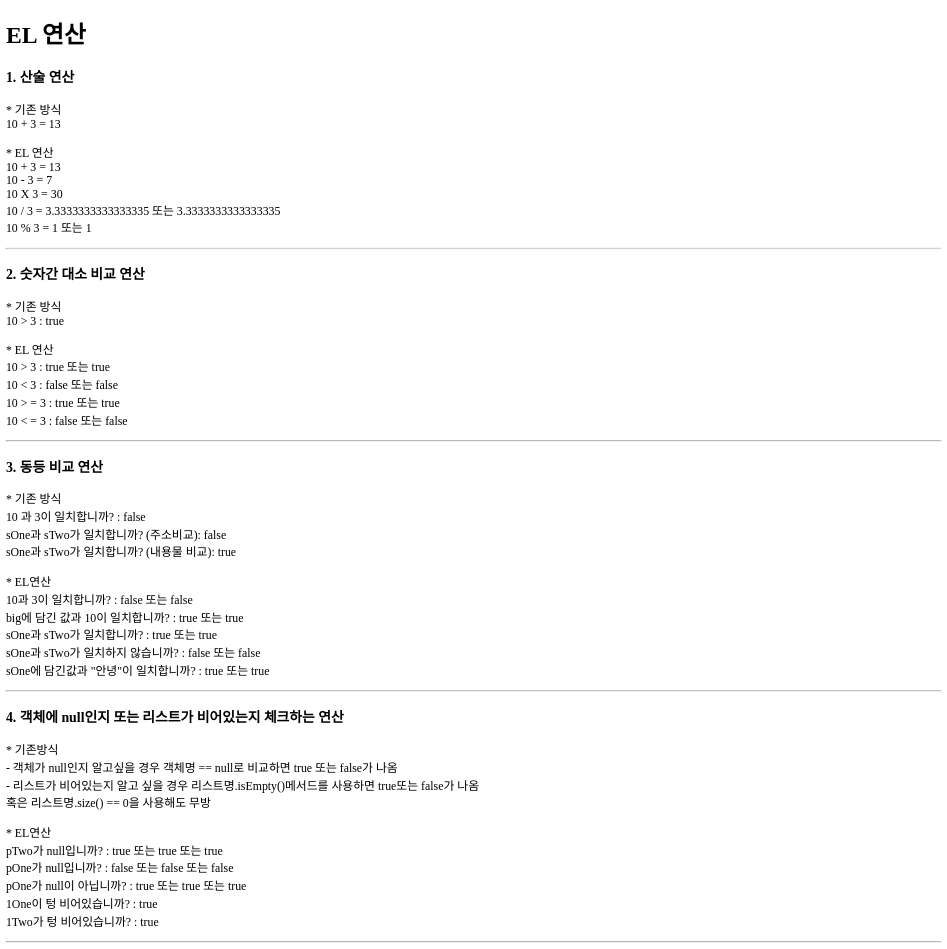
Repository: DonghwanSon1/ajax-jsp-study
Page: http://localhost/ActionProject/operation.do
The author's editor kept a copy of each file at every save. The page is drawn from the files as they stood at one save, then again after the next save.
The browser window is 1280 px wide. The pictures show the whole page, at 74% of full size.
The page is served by Tomcat 9. Other server files are loaded and not shown.

Above is the page before, as saved 2022-07-12 03:11:40.

### ActionProject/WebContent/views/1_EL/01_elOperation.jsp
<%@ page language="java" contentType="text/html; charset=UTF-8"
    pageEncoding="UTF-8"%>
<!DOCTYPE html>
<html>
<head>
<meta charset="UTF-8">
<title>el 연산자 페이지</title>
</head>
<body>

	<h1>EL 연산</h1>

	<h3>1. 산술 연산</h3>

	<p>
		* 기존 방식 <br>
		10 + 3 = <%= (int)request.getAttribute("big") + (int)request.getAttribute("small") %>
	</p>

	<p>
		* EL 연산 <br>
		10 + 3 = ${ big + small } <br>
		10 - 3 = ${ big - small } <br>
		10 X 3 = ${ big * small } <br>
		10 / 3 = ${ big / small } 또는 ${ big div small }<br>
		10 % 3 = ${ big % small } 또는 ${ big mod small }<br>
	</p>

	<hr>

	<h3>2. 숫자간 대소 비교 연산</h3>

	<p>
		* 기존 방식 <br>
		10 > 3 : <%= (int)request.getAttribute("big") > (int)request.getAttribute("small") %>
	</p>

	<p>
		* EL 연산 <br>
		10 &gt; 3 : ${ big > small } 또는 ${ big gt small } <br>
		10 &lt; 3 : ${ big < small } 또는 ${ big lt small } <br>
		10 &gt; = 3 : ${ big >= small } 또는 ${ big ge small } <br>
		10 &lt; = 3 : ${ big <= small } 또는 ${ big le small } <br>
	</p>

	<hr>

	<h3>3. 동등 비교 연산</h3>

	<p>
		* 기존 방식 <br>
		10  과 3이 일치합니까? :
		<%= (int)request.getAttribute("big") == (int)request.getAttribute("small") %> <br>

		sOne과 sTwo가 일치합니까? (주소비교):
		<%= (String)request.getAttribute("sOne") == (String)request.getAttribute("sTwo") %> <br>

		sOne과 sTwo가 일치합니까? (내용물 비교):
		<%= ((String)request.getAttribute("sOne")).equals((String)request.getAttribute("sTwo")) %> <br>
	</p>

	<p>
		* EL연산 <br>
		10과 3이 일치합니까? : ${ big == small } 또는 ${ big eq small } <br>
		big에 담긴 값과 10이 일치합니까? : ${ big == 10 } 또는 ${ big eq 10 } <br>
		sOne과 sTwo가 일치합니까? : ${ sOne == sTwo } 또는 ${ sOne eq sTwo } <br>
		<!-- EL에서의 문자열이 == 비교는 자바에서의 equals()와 같은 동작을 함 -->
		sOne과 sTwo가 일치하지 않습니까? : ${ sOne != sTwo } 또는 ${ sOne ne sTwo } <br>
		sOne에 담긴값과 "안녕"이 일치합니까? : ${ sOne == '안녕' } 또는 ${ sOne eq "안녕" } <br>
		<!--  EL에서 문자열 리터럴 제시 시 홑따옴표던 쌍따옴표던 상관 없음 -->
	</p>

	<hr>

	<h3>4. 객체에 null인지 또는 리스트가 비어있는지 체크하는 연산</h3>

	<p>
		 * 기존방식 <br>
		 - 객체가 null인지 알고싶을 경우 객체명 == null로 비교하면 true 또는 false가 나옴 <br>
		 - 리스트가 비어있는지 알고 싶을 경우 리스트명.isEmpty()메서드를 사용하면 true또는 false가 나옴 <br>
		 혹은 리스트명.size() == 0을 사용해도 무방
	</p>


	<p>
		* EL연산 <br>
		pTwo가 null입니까? : ${ empty pTwo } 또는 ${ pTwo == null } 또는 ${ pTwo eq null } <br>
		pOne가 null입니까? : ${ empty pOne } 또는 ${ pOne == null } 또는 ${ pOne eq null } <br>
		pOne가 null이 아닙니까? : ${ !empty pOne } 또는 ${ pOne != null } 또는 ${ pOne ne null } <br>

		1One이 텅 비어있습니까? : ${ empty lOne } <br>
		1Two가 텅 비어있습니까? : ${ empty lTwo } <br>
	</p>

	<hr>









</body>
</html>

### ActionProject/src/com/kh/controller/ELOperationServlet.java
package com.kh.controller;

import java.io.IOException;
import java.util.ArrayList;

import javax.servlet.ServletException;
import javax.servlet.annotation.WebServlet;
import javax.servlet.http.HttpServlet;
import javax.servlet.http.HttpServletRequest;
import javax.servlet.http.HttpServletResponse;

import com.kh.model.vo.Person;

/**
 * Servlet implementation class ELOperationServlet
 */
@WebServlet("/operation.do")
public class ELOperationServlet extends HttpServlet {
	private static final long serialVersionUID = 1L;

    /**
     * @see HttpServlet#HttpServlet()
     */
    public ELOperationServlet() {
        super();
        // TODO Auto-generated constructor stub
    }

	/**
	 * @see HttpServlet#doGet(HttpServletRequest request, HttpServletResponse response)
	 */
	protected void doGet(HttpServletRequest request, HttpServletResponse response) throws ServletException, IOException {

		// 테스트 할 수 있는 값 넘기기

		request.setAttribute("big", 10);
		request.setAttribute("small", 3); // 산술, 비교

		request.setAttribute("sOne", "안녕");
		request.setAttribute("sTwo", new String ("안녕"));

		request.setAttribute("pOne", new Person("홍길동", 10, "남자"));
		request.setAttribute("pTwo", null);

		ArrayList<String> list1 = new ArrayList<>();
		request.setAttribute("1One", list1);

		ArrayList<String> list2	= new ArrayList<>();
		list2.add("면접준비!!!");
		request.setAttribute("1Two", list2);

		// 여기까지 requestScope에 총 8쌍의 값이 담겨있음
		request.getRequestDispatcher("views/1_EL/01_elOperation.jsp").forward(request, response);
















	}

	/**
	 * @see HttpServlet#doPost(HttpServletRequest request, HttpServletResponse response)
	 */
	protected void doPost(HttpServletRequest request, HttpServletResponse response) throws ServletException, IOException {
		// TODO Auto-generated method stub
		doGet(request, response);
	}

}

### ActionProject/src/com/kh/model/vo/Person.java
package com.kh.model.vo;

public class Person {

	private String name;
	private int age;
	private String gender;

	public Person() {}

	public Person(String name, int age, String gender) {
		super();
		this.name = name;
		this.age = age;
		this.gender = gender;
	}

	public String getName() {
		return name;
	}

	public void setName(String name) {
		this.name = name;
	}

	public int getAge() {
		return age;
	}

	public void setAge(int age) {
		this.age = age;
	}

	public String getGender() {
		return gender;
	}

	public void setGender(String gender) {
		this.gender = gender;
	}

	@Override
	public String toString() {
		return "Person [name=" + name + ", age=" + age + ", gender=" + gender + "]";
	}



}

After the next save:
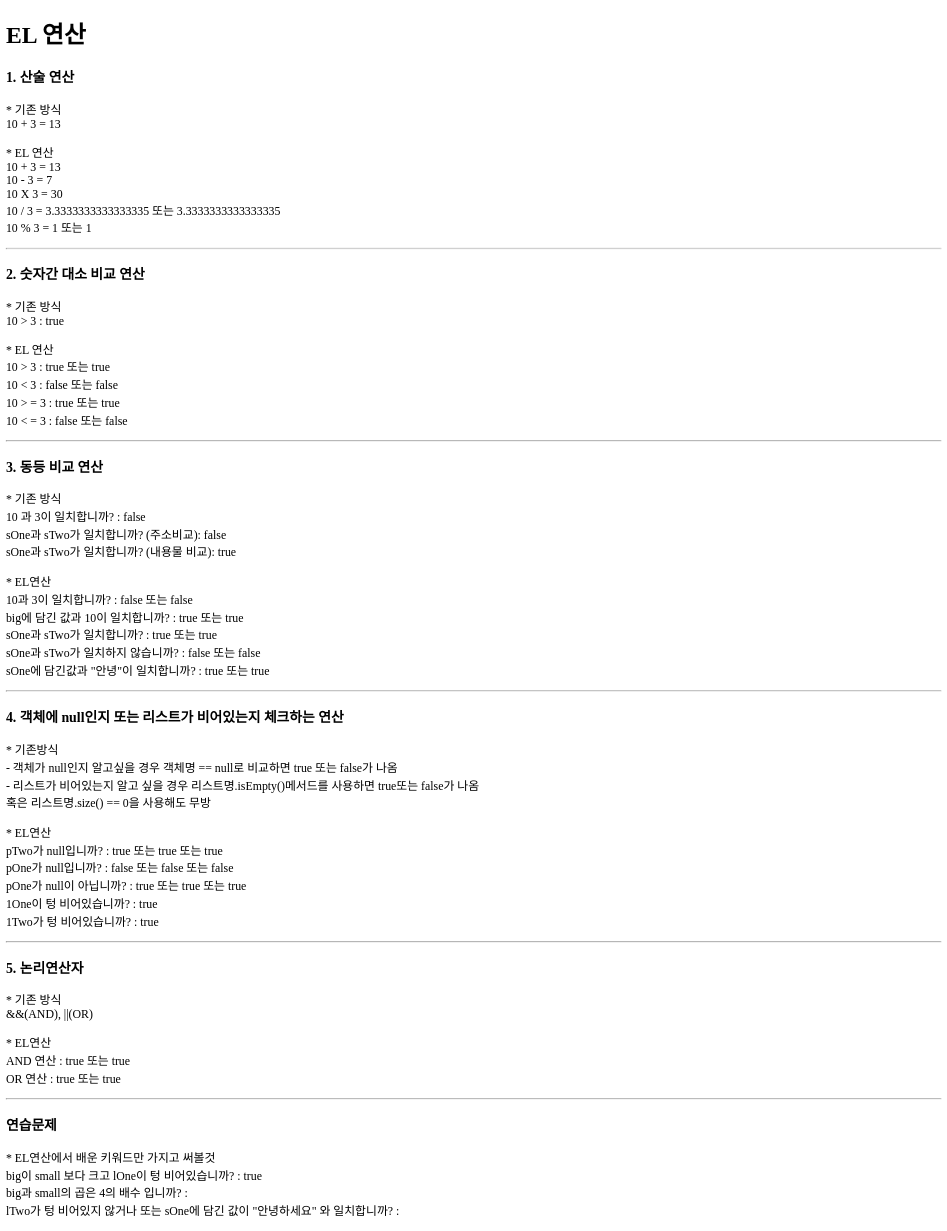
Saved 4 min 14 s later.
--- a/ActionProject/WebContent/views/1_EL/01_elOperation.jsp
+++ b/ActionProject/WebContent/views/1_EL/01_elOperation.jsp
@@ -94,9 +94,29 @@
 
 	<hr>
 
+	<h3>5. 논리연산자</h3>
 
+	<p>
+		* 기존 방식 <br>
+		&&(AND), ||(OR)
+	</p>
 
+	<p>
+		* EL연산 <br>
+		AND 연산 : ${ true && true } 또는 ${ true and true } <br>
+		OR 연산 : ${true || false } 또는 ${ true or false } <br>
+	</p>
 
+	<hr>
+
+	<h3>연습문제</h3>
+
+	<p>
+		* EL연산에서 배운 키워드만 가지고 써볼것 <br>
+		big이 small 보다 크고 lOne이 텅 비어있습니까? : ${big > small || empty lOne } <br>
+		big과 small의 곱은 4의 배수 입니까? : <br>
+		lTwo가 텅 비어있지 않거나 또는 sOne에 담긴 값이 "안녕하세요" 와 일치합니까? : <br>
+	</p>
 
 
 
